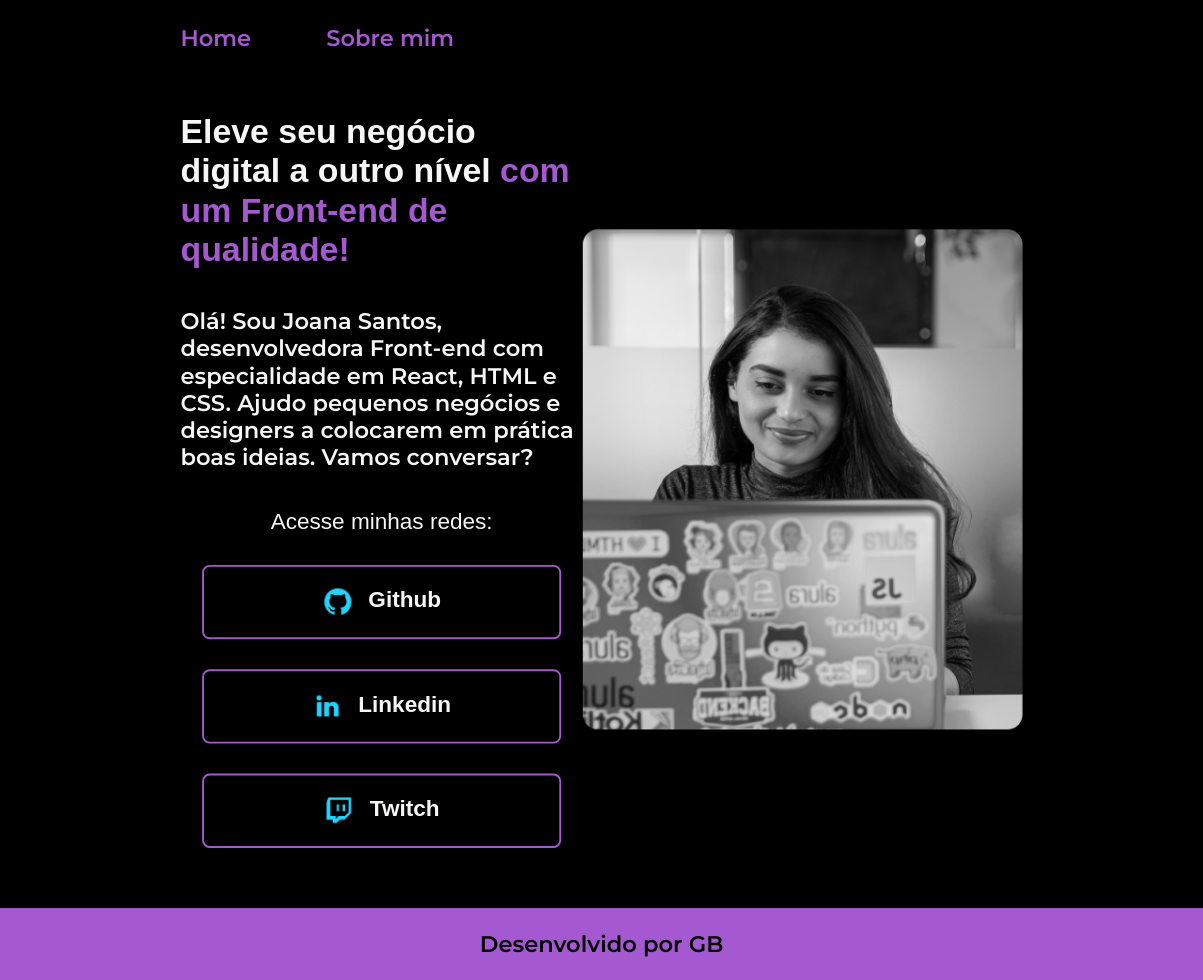
Repository: YoungAkira/CursoHtmlCss
Page: index.html
These files come from the project's save history. The page is drawn as it stood at one moment and after the next save; the edit follows.
The browser window is 1280 px wide. The pictures show the whole page, at 94% of full size.
Some web fonts or font styles are not loaded; a fallback is used.

Above is the page before, as saved 2023-05-16 15:22:01.

After the next save:
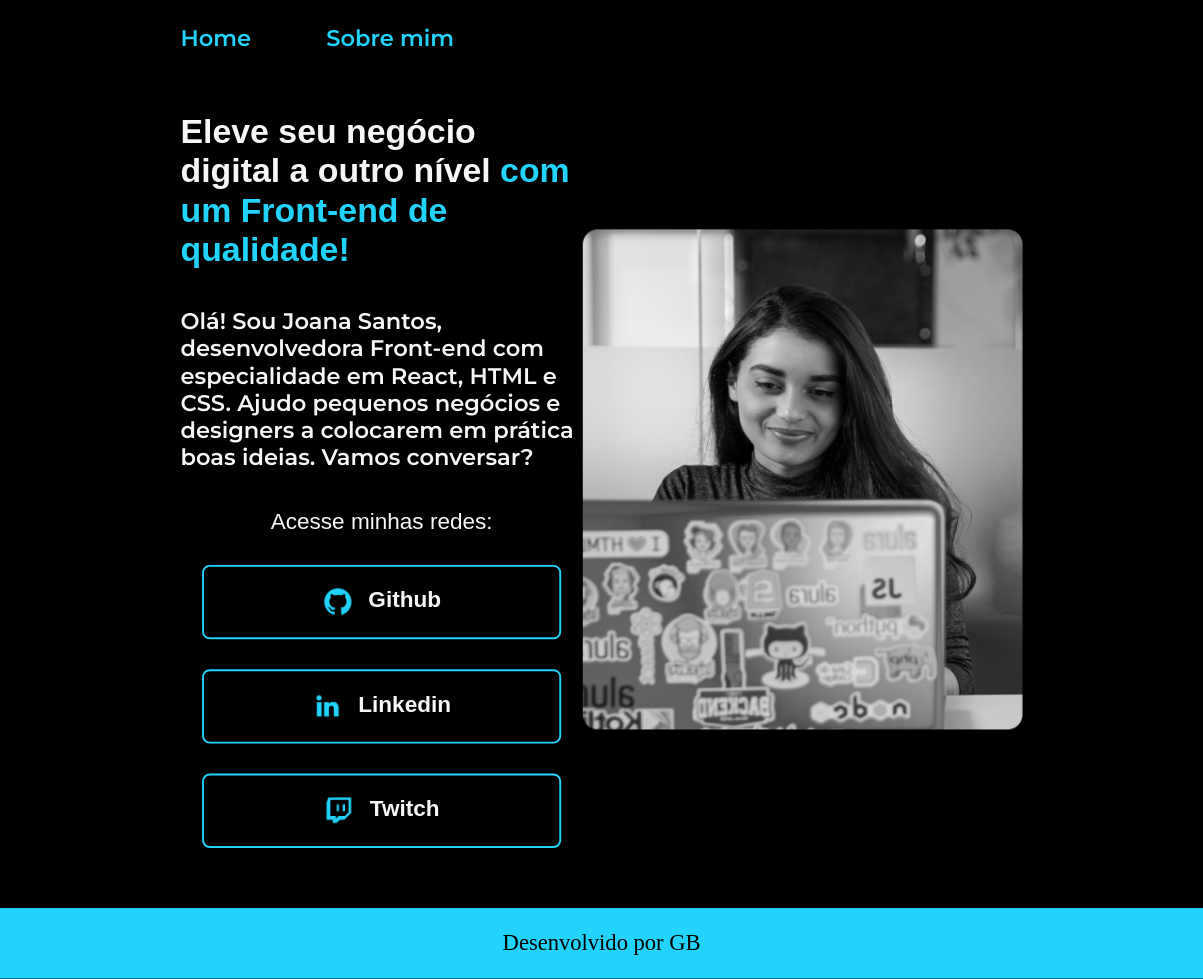
Saved 2 min 24 s later.
--- a/style/style.css
+++ b/style/style.css
@@ -4,7 +4,7 @@
 :root{
     --cor-primaria: #000000;
     --cor-secundaria:#F6F6F6;
-    --cor-terciaria: #A459D1 ;
+    --cor-terciaria: #22D4FD;
     --cor-hover:#272727;
 
     --fonte-primaria: 'Krona One', sans-serif;
@@ -115,7 +115,7 @@ body {
 
 
 .apresentacao-links-link:hover{
-    background-color:var(--cor-terciaria);
+    background-color:var(--cor-hover);
     padding: 3%;
 }
 
@@ -125,7 +125,7 @@ body {
     background-color: var(--cor-terciaria);
     text-align:center;
     padding: 24PX;
-    font-family: var(--fonte-secundaria);
+    font-family: var();
     font-size: 24px;
     font-weight: 400;
 }
